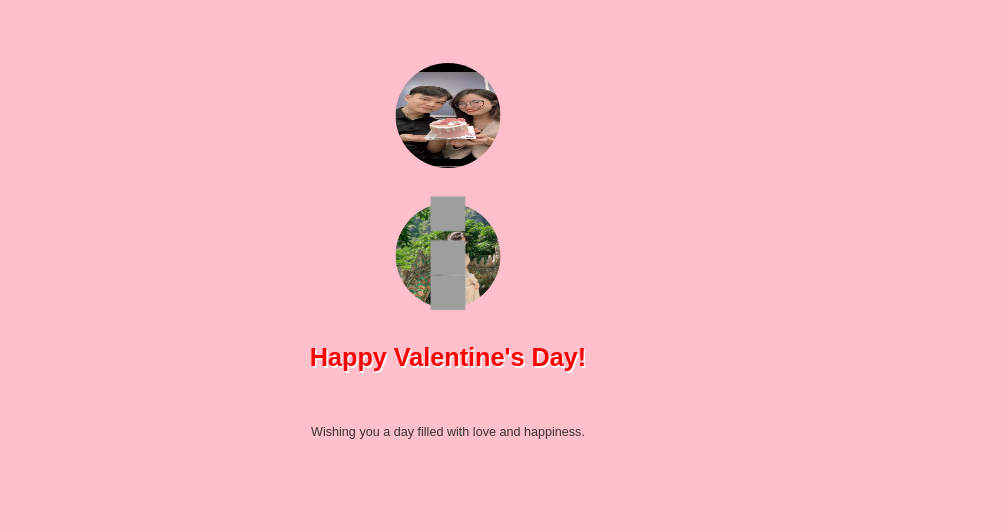
Repository: congbnvn0709/happy-valentine
Page: index.html
These files come from the project's save history. The page is drawn as it stood at one moment and after the next save; the edit follows.
The browser window is 1280 px wide. The page is 1280 px wide, then 1408 px, then 1280 px, so the pictures cover 1408 px, including what lies to the right of the window. The pictures show the part of the page from y = 0 to 1720 px (the page is 736 px tall before and 2366 px after), at 70% of full size.
Pictures or frames that could not be fetched are drawn as grey boxes.

Above is the page before, as saved 2023-01-30 22:50:10.

### index.html
<html>
  <head>
    <link rel="stylesheet" type="text/css" href="style.css">
  </head>
  <body>
    <div id="content">
      <img src="person1.jpg" id="person1">
      <img src="person2.jpg" id="person2">
      <div id="hearts">
        <div class="heart1"></div>
        <div class="heart2"></div>
        <div class="heart3"></div>
      </div>
      <h1 id="title">Happy Valentine's Day!</h1>
      <p id="message">Wishing you a day filled with love and happiness.</p>
    </div>
  </body>
</html>

### style.css
body {
    background-color: pink;
    text-align: center;
    font-family: Arial, sans-serif;
    display: flex;
    align-items: center;
    justify-content: center;
    height: 100vh;
  }

  #content {
    position: relative;
    display: flex;
    flex-direction: column;
    align-items: center;
  }

  #person1, #person2 {
    width: 150px;
    height: 150px;
    border-radius: 50%;
    margin-bottom: 50px;
  }

  #hearts {
    position: absolute;
    top: 0;
    left: 0;
    right: 0;
    bottom: 0;
    display: flex;
    flex-direction: column;
    justify-content: center;
    align-items: center;
  }

  .heart1, .heart2, .heart3 {
    width: 50px;
    height: 50px;
    background-image: url(heart.png);
    background-size: contain;
    animation: fly 20s linear infinite;
  }

  @keyframes fly {
    0% { transform: translateY(0); }
    100% { transform: translateY(-100%); }
  }

  .heart2 {
    animation-delay: 10s;
  }

  .heart3 {
    animation-delay: 20s;
  }

  #title {
    color: red;
    margin-top: 0;
    font-size: 36px;
    text-shadow: 2px 2px #fff;
  }

  #message {
    margin-top: 50px;
    font-size: 18px;
    color: #333;
  }

After the next save:
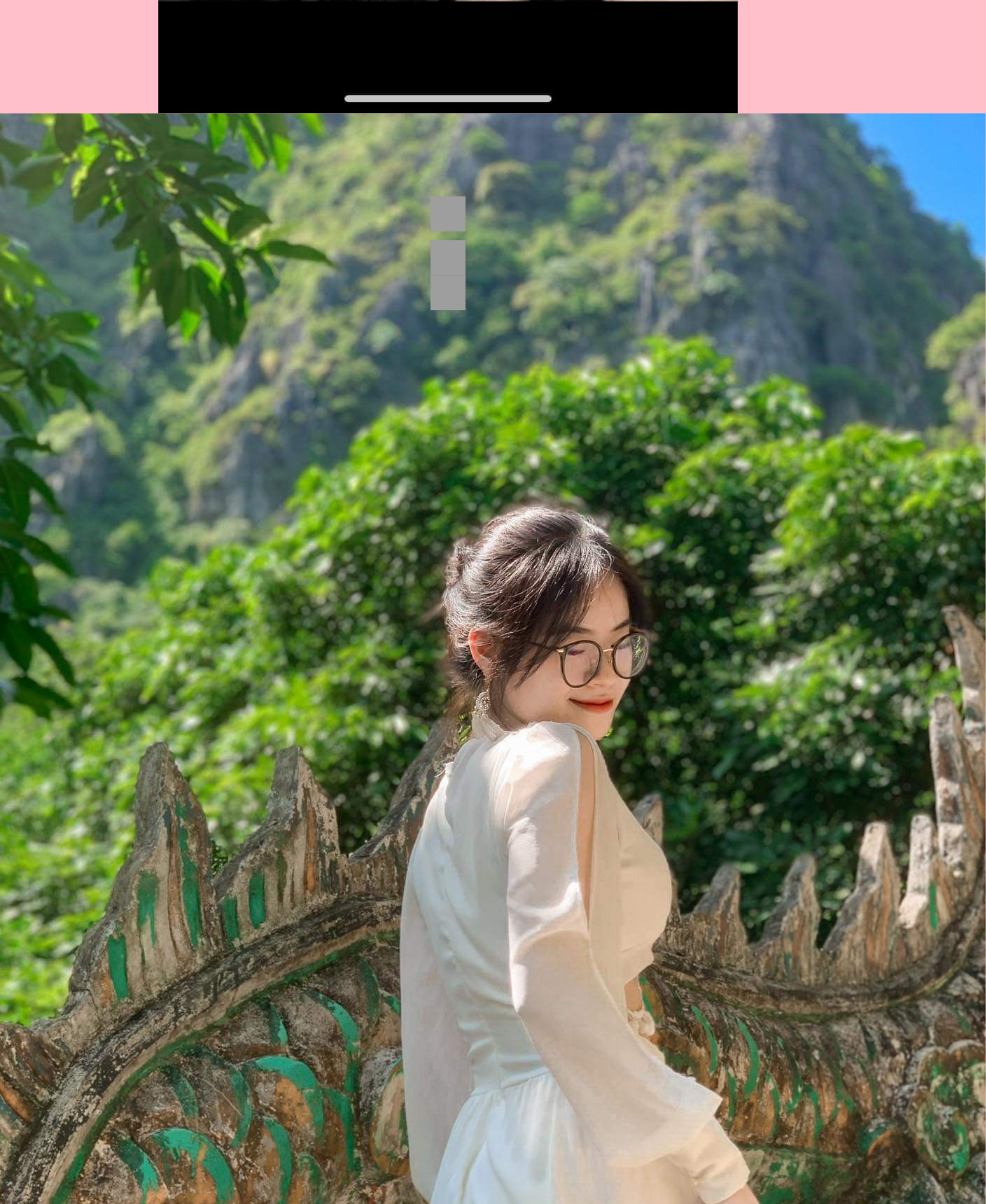
Saved 8 min 23 s later.
--- a/style.css
+++ b/style.css
@@ -13,13 +13,7 @@
     display: flex;
     flex-direction: column;
     align-items: center;
-  }
-
-  #person1, #person2 {
-    width: 150px;
-    height: 150px;
-    border-radius: 50%;
-    margin-bottom: 50px;
+    z-index: 1;
   }
 
   #hearts {

After the save that followed:
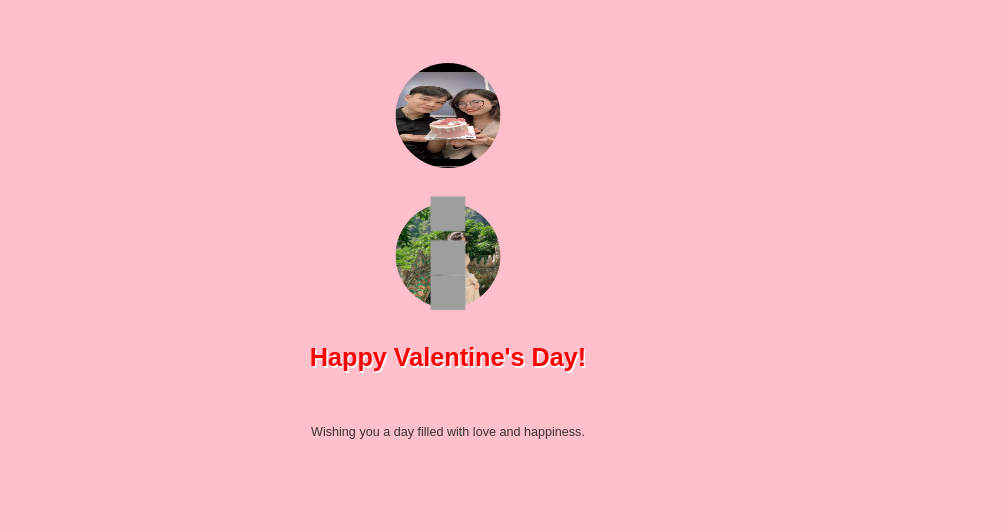
Saved 12 s later.
--- a/style.css
+++ b/style.css
@@ -13,7 +13,13 @@
     display: flex;
     flex-direction: column;
     align-items: center;
-    z-index: 1;
+  }
+
+  #person1, #person2 {
+    width: 150px;
+    height: 150px;
+    border-radius: 50%;
+    margin-bottom: 50px;
   }
 
   #hearts {
